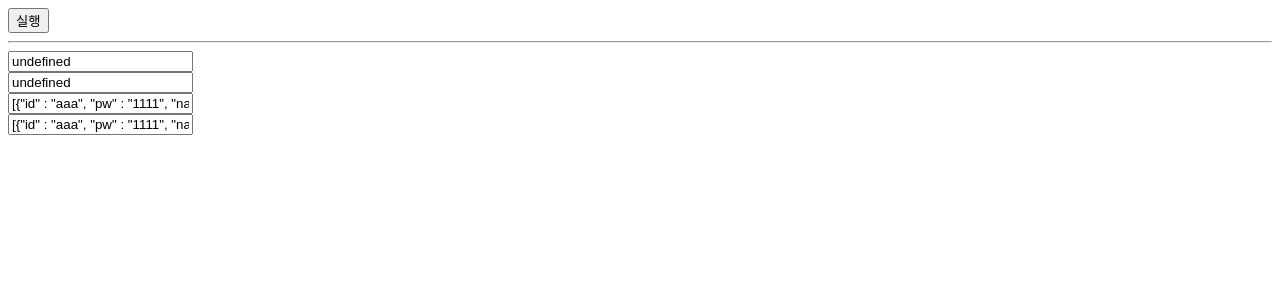
Repository: jinseon5462/Study_Jsp2
Page: http://localhost/ajax_crud/listView.jsp
The author's editor kept a copy of each file at every save. The page is drawn from the files as they stood at one save, then again after the next save.
The browser window is 1280 px wide. The pictures show the whole page.
After loading, the first visible `#btn` was clicked once.
The page is served by Tomcat 9. Other server files are loaded and not shown.

Above is the page before, as saved 2023-01-03 12:04:43.

### jsp_ws/ajax_crud/src/main/webapp/listView.jsp
<%@ page language="java" contentType="text/html; charset=UTF-8"
    pageEncoding="UTF-8"%>
<!DOCTYPE html>
<html>
<head>
<meta charset="UTF-8">
<title></title>
</head>
<body>
<button id="btn">실행</button>
<hr>
<input type="text" id="id" value="here"><br>
<input type="text" id="pw" value="here"><br>
<input type="text" id="name" value="here"><br>
<input type="text" id="tel" value="here">
<script>
	const btn = document.querySelector("#btn");
	btn.addEventListener('click', loadDoc);

	function loadDoc() {
		const xhttp = new XMLHttpRequest();
		xhttp.onload = function() {
			let jsonStr = this.responseText;
			alert(jsonStr);
			let obj = JSON.parse(jsonStr);

			document.getElementById("id").value = obj.id;
			document.getElementById("pw").value = obj.pw;
			document.getElementById("name").value = this.responseText;
			document.getElementById("tel").value = this.responseText;
		}
		xhttp.open("GET", "text.txt");
		xhttp.send();
	}
</script>
</body>
</html>

### jsp_ws/ajax_crud/src/main/webapp/text.txt
[{"id" : "aaa", "pw" : "1111", "name" : "james1", "tel" : "010-1111-1111"},
{"id" : "aaa", "pw" : "1111", "name" : "james2", "tel" : "010-1111-1111"},
{"id" : "aaa", "pw" : "1111", "name" : "james3", "tel" : "010-1111-1111"},
{"id" : "aaa", "pw" : "1111", "name" : "james4", "tel" : "010-1111-1111"}]

After the next save:
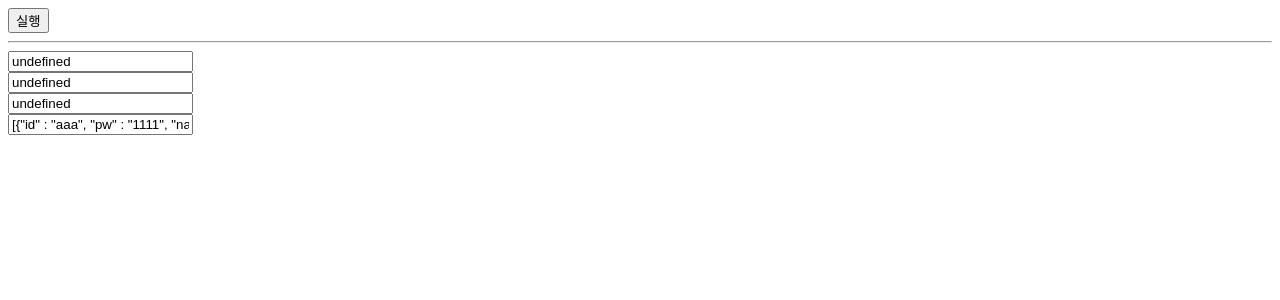
Saved 9 s later.
--- a/jsp_ws/ajax_crud/src/main/webapp/listView.jsp
+++ b/jsp_ws/ajax_crud/src/main/webapp/listView.jsp
@@ -26,7 +26,7 @@
 
 			document.getElementById("id").value = obj.id;
 			document.getElementById("pw").value = obj.pw;
-			document.getElementById("name").value = this.responseText;
+			document.getElementById("name").value = obj.name;
 			document.getElementById("tel").value = this.responseText;
 		}
 		xhttp.open("GET", "text.txt");
